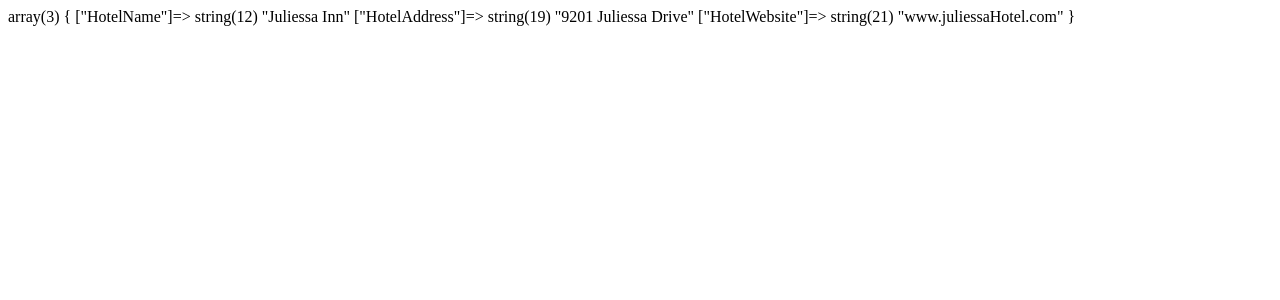
Repository: JulsR/Coding
Page: http://localhost/getData.php
An editor plug-in stored every save of this project. The page is shown before and after the next save, followed by the edit.
The browser window is 1280 px wide. The pictures show the whole page.
The page is run by PHP 8.4 with error messages shown; the project is at /var/www/html/.

Above is the page before, as saved 2015-03-07 19:12:24.

### classProject/getData.php
<?php
require_once 'hotel.php'; //allows you to use the demo.php file.

// $hotelObj  = new Hotel();

// $hotelObj->getHotelName();
// print_r($hotelObj);

$ht=HotelFactory::create();

// print_r($ht->getHotelName());
$hoteldata = $ht->getHotelName();
var_dump($hoteldata);

// print_r($hotelObj[0]);
// print_r($hotelObj['HotelName']);
// var_dump($hotel);

// $hAdd ->getHotelAddress();
// echo $hAdd;

// $hWeb ->getHotelWebsite();
// echo $hWeb;


?>

### classProject/hotel.php
<?php

/*
 * The Assignment - create a class that, when instantiated, pulls all data from an imaginary table named oti_hotel
 * and stores it in a private array inside the class.
 *
 * oti_hotels fields:
 * hotel_name
 * hotel_address
 * hotel_web_site
 *
 */
class Hotel {

	private $oti_hotel = array ();

	public function __construct() {
		$this->oti_hotel = $oti_hotel = array (
				"HotelName" => "Juliessa Inn",
				"HotelAddress" => "9201 Juliessa Drive",
				"HotelWebsite" => "www.juliessaHotel.com"
		);
	}

	public function getHotelName() {
		return $this->oti_hotel;
	}
}


class HotelFactory {
	public static function create() {
		return new Hotel ();
	}
}
?>

After the next save:
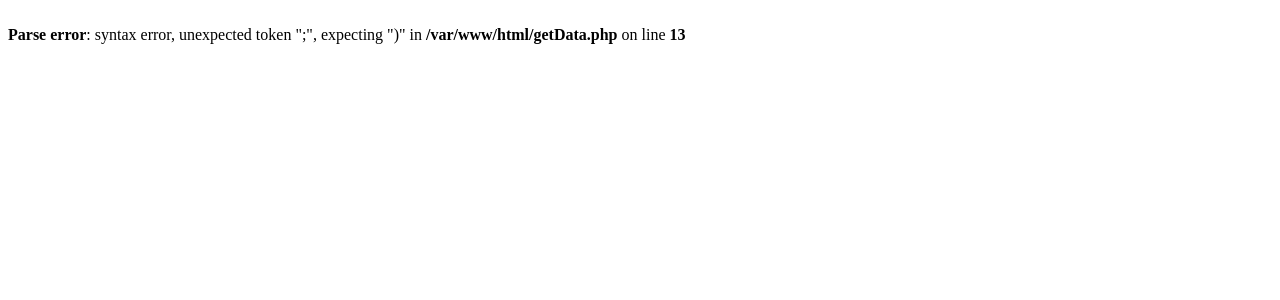
Saved 70 s later.
--- a/classProject/getData.php
+++ b/classProject/getData.php
@@ -10,7 +10,7 @@ $ht=HotelFactory::create();
 
 // print_r($ht->getHotelName());
 $hoteldata = $ht->getHotelName();
-var_dump($hoteldata);
+var_dump($hoteldata["HotelName"];
 
 // print_r($hotelObj[0]);
 // print_r($hotelObj['HotelName']);
